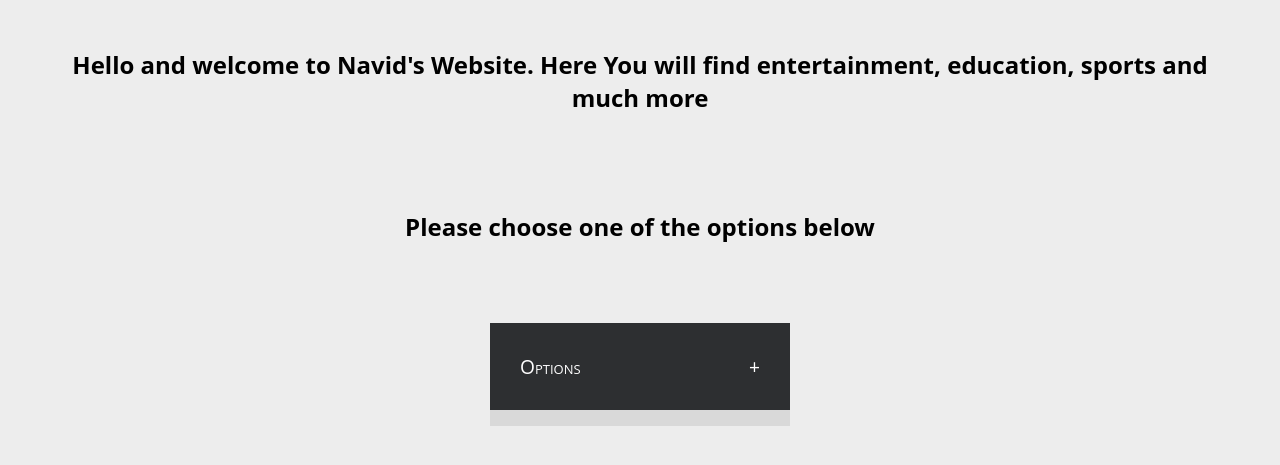
Repository: navid-amini12/capstone-1
Page: questions.html
These files come from the project's save history. The page is drawn as it stood at one moment and after the next save; the edit follows.
The browser window is 1280 px wide. The pictures show the whole page.

Above is the page before, as saved 2022-05-23 09:29:42.

### questions.html



	<h1>Hello and welcome to Navid's Website. Here You will find entertainment, education, sports and much more</h1>


    <link rel="stylesheet" type="text/css" href="style.css">

    <h1>Please choose one of the options below </h1>

    <nav>

      <label for="touch"><span>Options</span></label>
      <input type="checkbox" id="touch">

      <ul class="slide">
        <li><a href="wordgame.html">Calculate Average Lifespan</a></li>
        <li><a href="quiz.html">Quiz Game</a></li>
        <li><a href="#"> </a></li>
        <li><a href="#"> </a></li>
      </ul>

    </nav>

### style.css
body {background-color : #ededed; font-family : "Open Sans", sans-serif;}
h1 {padding: 40px; text-align: center; font-size: 1.5em;}
li a {text-decoration : none; color : #2d2f31;}
nav {
  width : 300px;
  background: #d9d9d9;
  margin : 40px auto;
}
span {
  padding : 30px;
  background : #2d2f31;
  color : white;
  font-size : 1.2em;
  font-variant : small-caps;
  cursor : pointer;
  display: block;
}
span::after {
  float: right;
  right: 10%;
  content: "+";
}
.slide {
  clear:both;
  width:100%;
  height:0px;
  overflow: hidden;
  text-align: center;
  transition: height .4s ease;
}
.slide li {padding : 30px;}
#touch {position: absolute; opacity: 0; height: 0px;}
#touch:checked + .slide {height: 300px;}

After the next save:
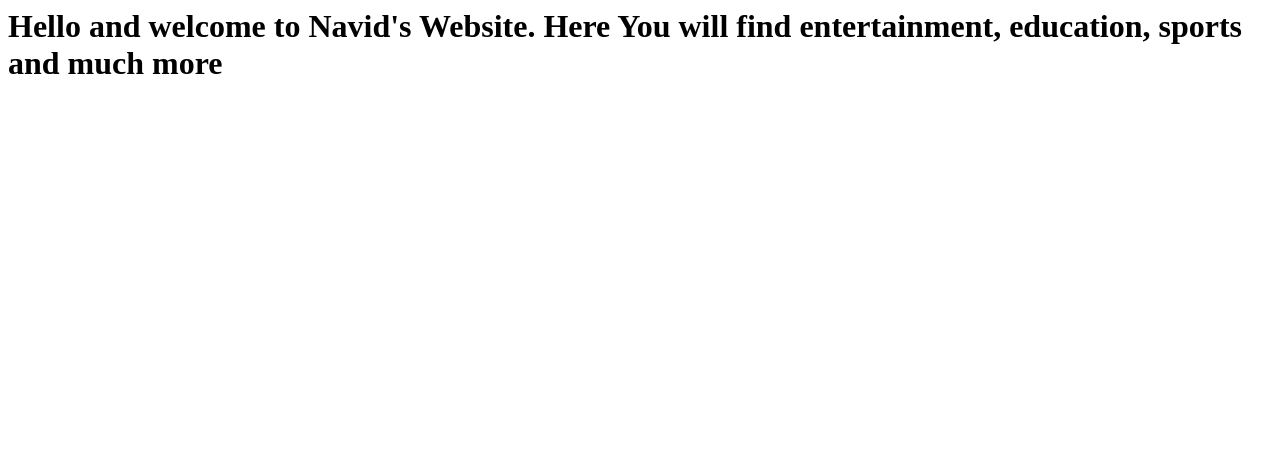
Saved 7 s later.
--- a/questions.html
+++ b/questions.html
@@ -2,22 +2,3 @@
 
 
 	<h1>Hello and welcome to Navid's Website. Here You will find entertainment, education, sports and much more</h1>
-
-
-    <link rel="stylesheet" type="text/css" href="style.css">
-
-    <h1>Please choose one of the options below </h1>
-
-    <nav>
-
-      <label for="touch"><span>Options</span></label>
-      <input type="checkbox" id="touch">
-
-      <ul class="slide">
-        <li><a href="wordgame.html">Calculate Average Lifespan</a></li>
-        <li><a href="quiz.html">Quiz Game</a></li>
-        <li><a href="#"> </a></li>
-        <li><a href="#"> </a></li>
-      </ul>
-
-    </nav>
